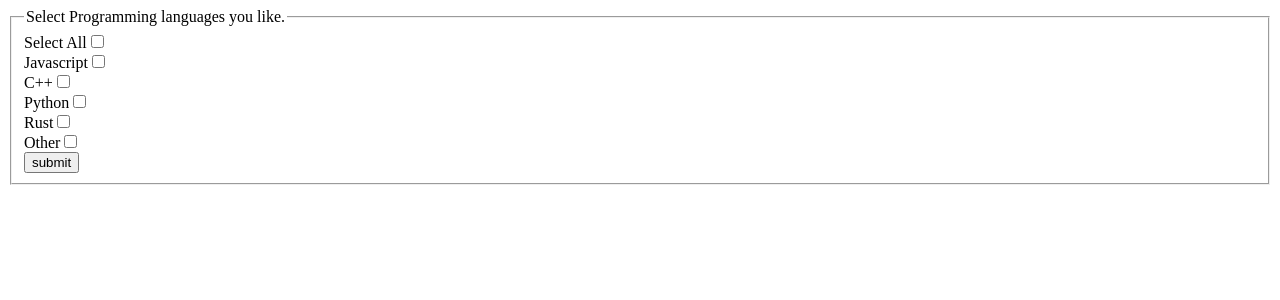
Repository: ishanbassi/iotasol-assignments
Page: /iotasol/work-5
These files come from the project's save history. The page is drawn as it stood at one moment and after the next save; the edit follows.
The browser window is 1280 px wide. The pictures show the whole page.
The project was rebuilt for these pictures with package versions that can differ from the ones it lists, and the page was loaded fresh each time. The framework's server and built-in components were replaced by stand-ins that run in the browser. Also part of the build but not shown: styles/global.css.

Above is the page before, as saved 2022-11-08 13:43:55.

### pages/_app.tsx
import "../styles/global.css"
export default function App({Component,ComponentProps}){
    return(
        <Component {...ComponentProps}/>
    )
}

### pages/iotasol/work-5.tsx
import { useState } from "react"
export default function App() {


    return (
        <>

            <form>
                <fieldset>
                    <legend>Select Programming languages you like.</legend>
                     <div>
                        <label>
                            Select All
                            <input type="checkbox" name="selectAll" value={'select all'}/>
                        </label>
                     </div>
                    <div>
                        <label>
                        Javascript
                        <input  type="checkbox" value="Javascript" name="programming language"/>

                        </label>
                    </div>
                    <div>
                        <label>
                        C++
                        <input type="checkbox" value="C++" name="programming language"/>

                        </label>
                    </div>
                    <div>
                        <label>
                            Python
                            <input type="checkbox" value="Python" name="programming language"/>

                        </label>
                    </div>
                    <div>
                        <label>
                            Rust
                            <input type="checkbox" value="Rust" name="programming language"/>

                        </label>
                    </div>
                    <div>
                        <label>
                            Other
                            <input type="checkbox" value="Other" name="programming language"/>

                        </label>

                    </div>
                    <button type="submit" >submit</button>
                </fieldset>
            </form>

        </>

    )
}

After the next save:
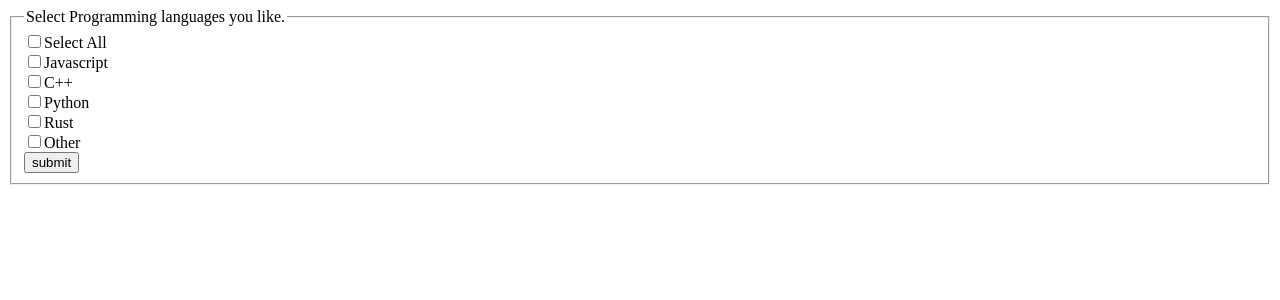
Saved 72 s later.
--- a/pages/iotasol/work-5.tsx
+++ b/pages/iotasol/work-5.tsx
@@ -10,43 +10,44 @@ export default function App() {
                     <legend>Select Programming languages you like.</legend>
                      <div>
                         <label>
+
+                            <input type="checkbox" name="selectAll" value={'select all'}/>
                             Select All
-                            <input type="checkbox" name="selectAll" value={'select all'}/>
                         </label>
                      </div>
                     <div>
                         <label>
+
+                        <input  type="checkbox" value="Javascript" name="programming language"/>
                         Javascript
-                        <input  type="checkbox" value="Javascript" name="programming language"/>
-
                         </label>
                     </div>
                     <div>
                         <label>
+
+                        <input type="checkbox" value="C++" name="programming language"/>
                         C++
-                        <input type="checkbox" value="C++" name="programming language"/>
-
                         </label>
                     </div>
                     <div>
                         <label>
+
+                            <input type="checkbox" value="Python" name="programming language"/>
                             Python
-                            <input type="checkbox" value="Python" name="programming language"/>
-
                         </label>
                     </div>
                     <div>
                         <label>
+
+                            <input type="checkbox" value="Rust" name="programming language"/>
                             Rust
-                            <input type="checkbox" value="Rust" name="programming language"/>
-
                         </label>
                     </div>
                     <div>
                         <label>
+
+                            <input type="checkbox" value="Other" name="programming language"/>
                             Other
-                            <input type="checkbox" value="Other" name="programming language"/>
-
                         </label>
 
                     </div>
